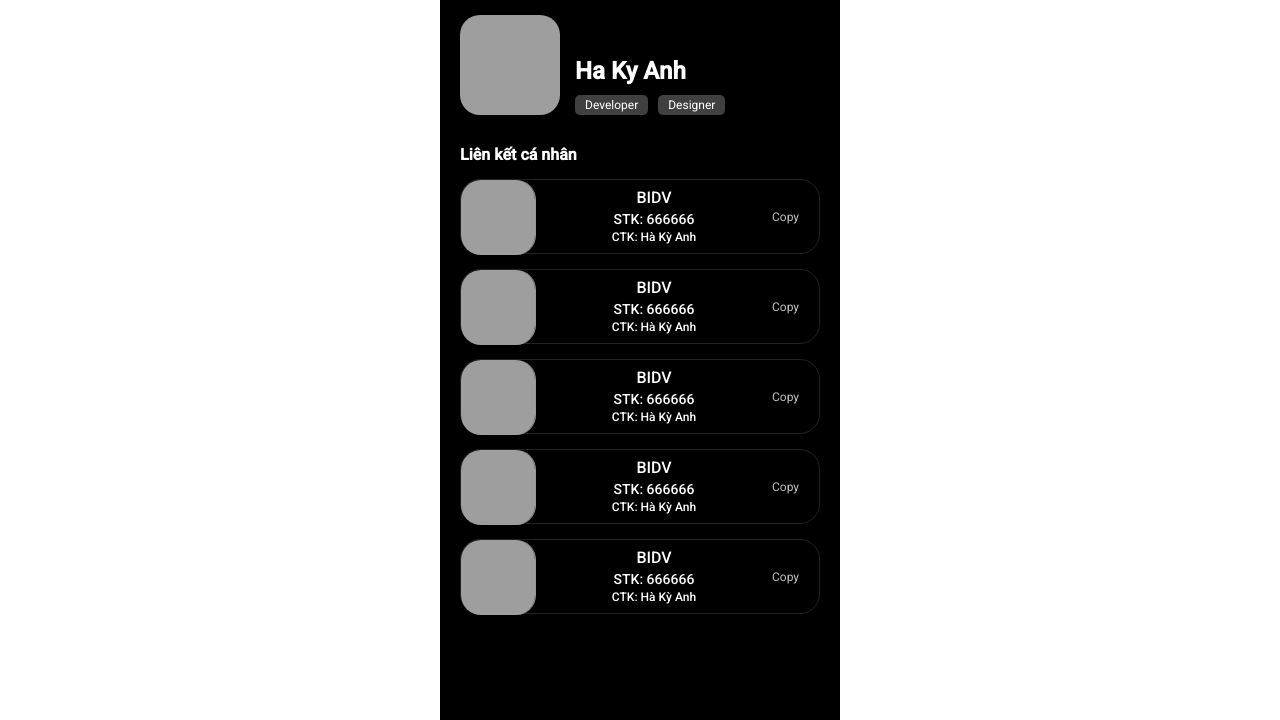
Repository: yzarc204/nguyen-tien-viet-hoang
Page: thong-tin-thanh-toan/index.html
These files come from the project's save history. The page is drawn as it stood at one moment and after the next save; the edit follows.
The browser window is 1280 px wide. The pictures show the whole page.
Pictures or frames that could not be fetched are drawn as grey boxes.

Above is the page before, as saved 2021-09-27 11:04:04.

After the next save:
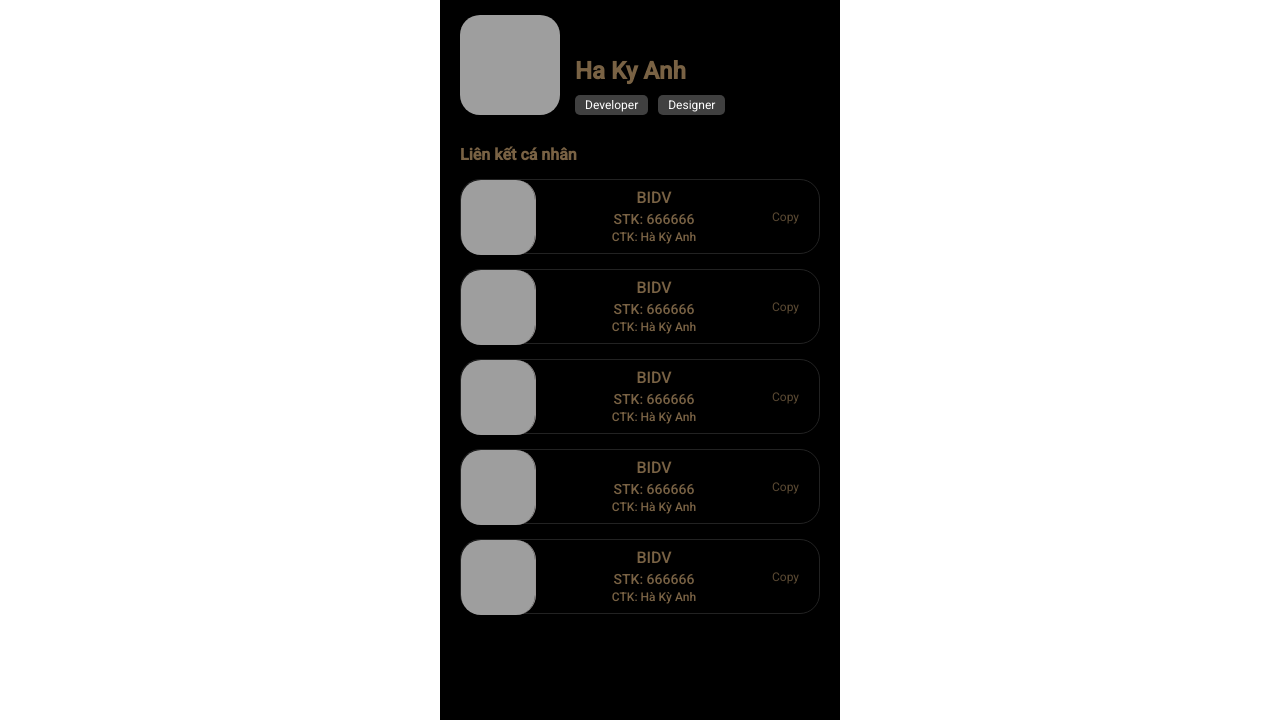
Saved 11 s later.
--- a/thong-tin-thanh-toan/public/css/index.css
+++ b/thong-tin-thanh-toan/public/css/index.css
@@ -23,7 +23,7 @@ body {
     padding: 15px 20px;
     overflow: hidden scroll;
     background: #000;
-    color: #fff;
+    color: var(--primary-color);
 }
 /* ===== PROFILE HEADER ===== */
 .profile-header{
